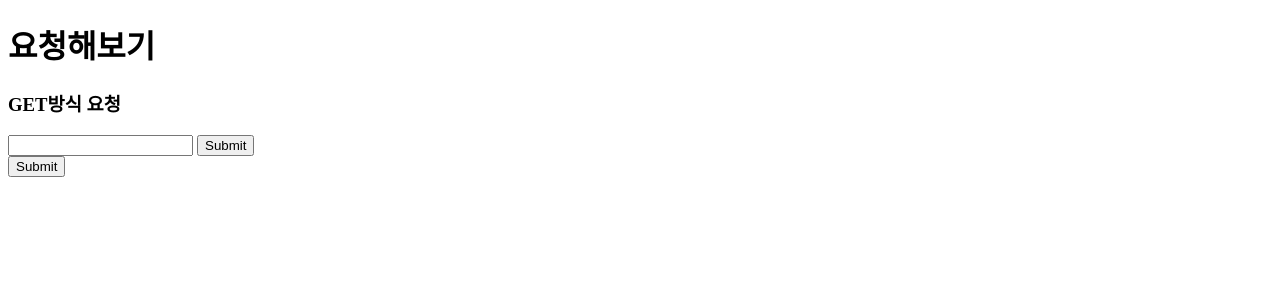
Repository: joeunpyeong/javaA
Page: http://localhost/04.Implicit/Ex01_Request/Ex01_Request.jsp
These files come from the project's save history. The page is drawn as it stood at one moment and after the next save; the edit follows.
The browser window is 1280 px wide. The pictures show the whole page.
The page is served by Tomcat 9.

Above is the page before, as saved 2023-05-22 02:04:46.

After the next save:
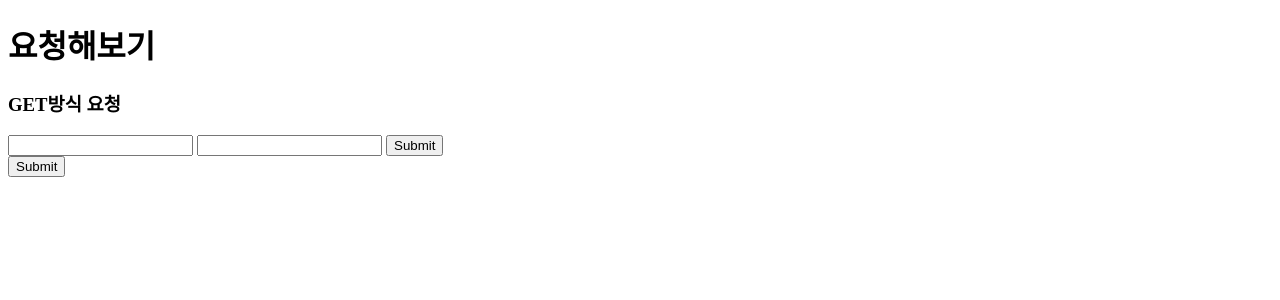
Saved 2 min 17 s later.
--- a/04.Implicit/src/main/webapp/Ex01_Request/Ex01_Request.jsp
+++ b/04.Implicit/src/main/webapp/Ex01_Request/Ex01_Request.jsp
@@ -26,7 +26,8 @@
 	   <h3>GET방식 요청</h3>
 	   <form action="../Ex01_Request" method="get">
 	   <!-- 입력받은 id 와 pw를 servlet파일로 보내기 -->
-	   		<input type="text" name="txt1" id="txt2">
+	   		<input type="text" name="id"/>
+	   		<input type="text" name="pw"/>
 	   		<input type="submit">
 	   </form>
 	   <form action="Ex01_Request" method="post">
